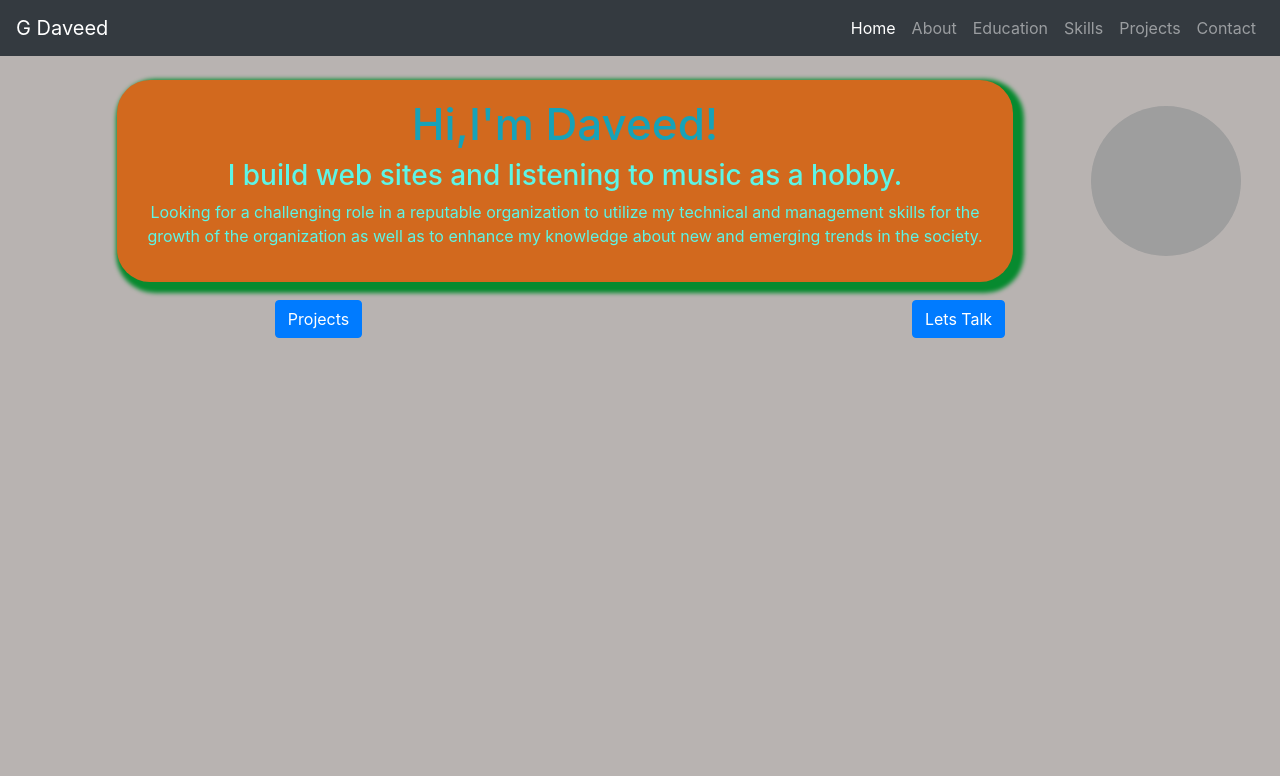
Repository: DaveedGangi/DaveedWebsite
Page: one.html
An editor plug-in stored every save of this project. The page is shown before and after the next save, followed by the edit.
The browser window is 1280 px wide. The pictures show the whole page.
Pictures or frames that could not be fetched are drawn as grey boxes.

Above is the page before, as saved 2023-10-23 12:31:08.

After the next save:
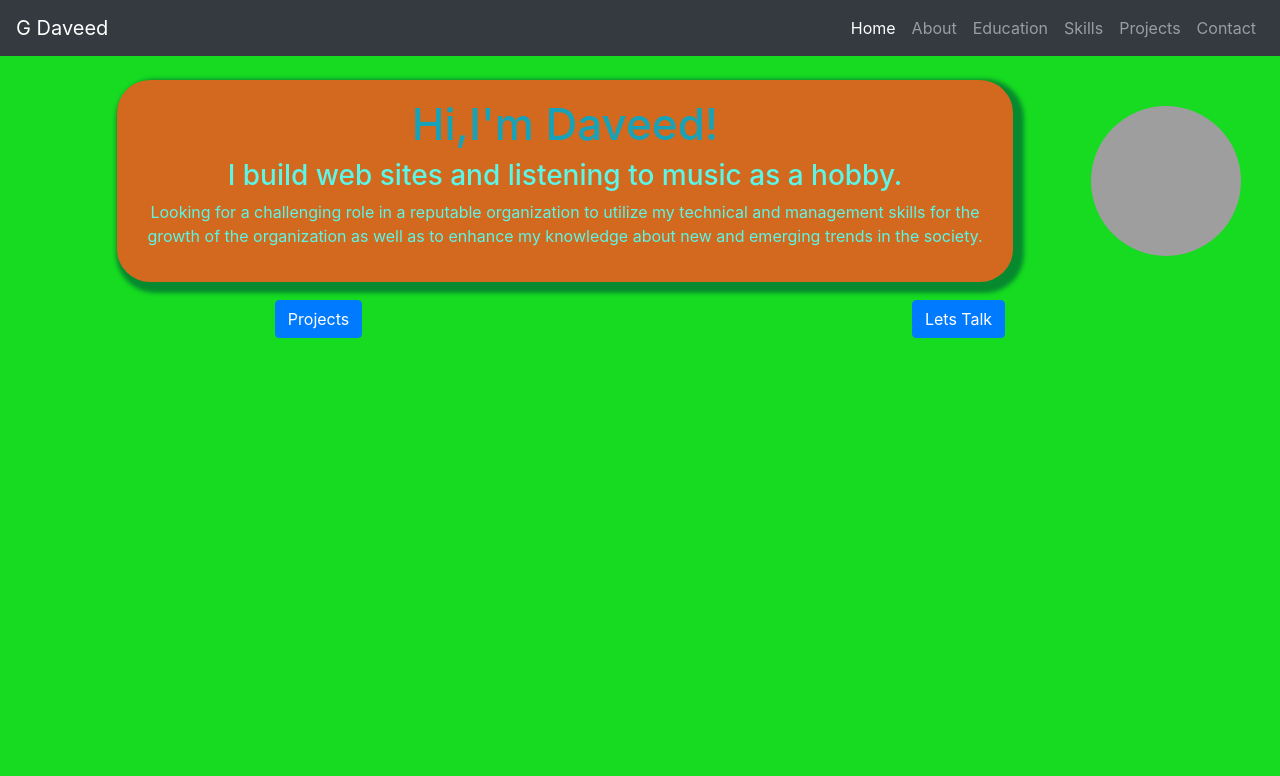
Saved 15 s later.
--- a/two.css
+++ b/two.css
@@ -1,7 +1,7 @@
 .bgcontainer {
     height:100vh;
     background-size:cover;
-    background-color:rgb(184, 179, 177);
+    background-color:rgb(22, 219, 32);
 
 }
 .mystory{
